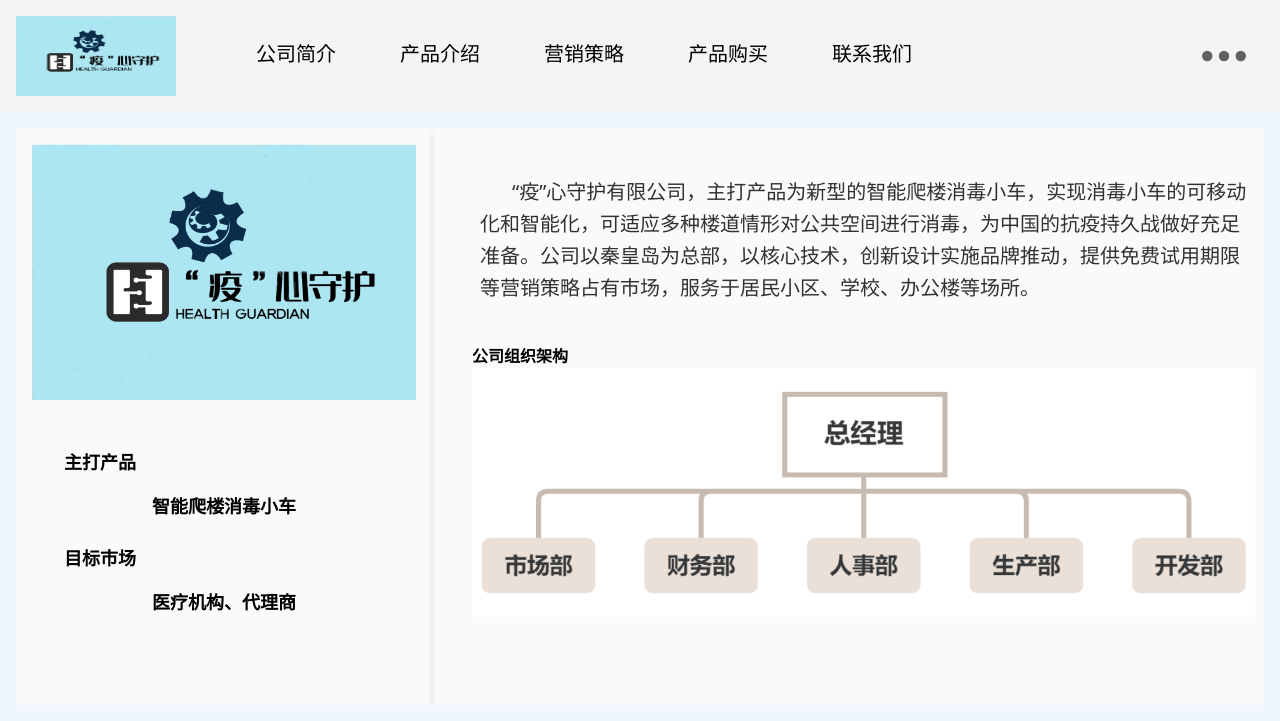
Repository: LiuRuohui/company_introduction
Page: /#/introduction
These files come from the project's save history. The page is drawn as it stood at one moment and after the next save; the edit follows.
The browser window is 1280 px wide. The pictures show the whole page.
The project was rebuilt for these pictures with package versions that can differ from the ones it lists, and the page was loaded fresh each time. Also part of the build but not shown: vite.config.js, src/components/product.vue, src/components/purchase.vue, src/components/strategy.vue, src/components/contact.vue.

Above is the page before, as saved 2022-05-12 23:17:49.

### index.html
<!DOCTYPE html>
<html lang="en">
  <head>
    <meta charset="UTF-8" />
    <link rel="icon" href="/favicon.ico" />
    <meta name="viewport" content="width=device-width, initial-scale=1.0" />
    <title>COMPANY_INTRODUCTION</title>
  </head>
  <body>
    <div id="app"></div>
    <script type="module" src="/src/main.js"></script>
  </body>
</html>

### src/main.js
import { createApp } from 'vue'
import "./index.css";
//引入路由器
import router from '../src/router/route.js'

import App from './App.vue'

const app = createApp(App);
app.use(router);
app.mount('#app');

### src/index.css
/* ./src/index.css */

@tailwind base;
@tailwind components;
.inputFrame {
  @apply w-full content-center text-base px-4 py-2 border-b rounded-2xl border-gray-300;
}

.inputFrame:focus {
  @apply outline-none border-indigo-500;
}

.btn {
  @apply w-full flex justify-center bg-gradient-to-r from-indigo-500 to-blue-600 text-gray-100 p-4 rounded-full tracking-wide font-semibold shadow-lg cursor-pointer transition ease-in duration-500;
}

.btn:hover {
  @apply bg-gradient-to-l from-blue-500 to-indigo-600;
}

.label {
  @apply ml-3 text-sm font-bold text-gray-700 tracking-wide;
}

@tailwind utilities;

### src/router/route.js
import { createRouter, createWebHashHistory } from "vue-router";
//引入组件
import Introduction from "../components/introduction.vue"
import Product from "../components/product.vue"
import Purchase from "../components/purchase.vue"
import Strategy from "../components/strategy.vue"
import Contact from "../components/contact.vue"

const route = [
    {
        path:'/introduction',
        component:Introduction
    },
    {
        path:'/product',
        component:Product
    },
    {
        path:'/strategy',
        component:Strategy
    },
    {
        path:'/purchase',
        component:Purchase
    },
    {
        path:'/contact',
        component:Contact
    },
]

// 创建路由对象
const router = createRouter({
    history: createWebHashHistory(),
    routes: route
  });


export default router

### src/App.vue
<script setup>
import MainPage from './components/mainPage.vue';
// This starter template is using Vue 3 <script setup> SFCs
// Check out https://vuejs.org/api/sfc-script-setup.html#script-setup

</script>

<template>
<MainPage class="select-none"></MainPage>
</template>

<style>
	/* Hide scrollbar for Chrome, Safari and Opera */
	.no-scrollbar::-webkit-scrollbar {
		display: none;
	}

	/* Hide scrollbar for IE, Edge and Firefox */
	.no-scrollbar {
		-ms-overflow-style: none; /* IE and Edge */
		scrollbar-width: none; /* Firefox */
	}
</style>

### src/components/introduction.vue
<script setup>
const intro = "“疫”心守护有限公司，主打产品为新型的智能爬楼消毒小车，实现消毒小车的可移动化和智能化，可适应多种楼道情形对公共空间进行消毒，为中国的抗疫持久战做好充足准备。公司以秦皇岛为总部，以核心技术，创新设计实施品牌推动，提供免费试用期限等营销策略占有市场，服务于居民小区、学校、办公楼等场所。"
</script>

<template>
    <div class="w-full m-4 flex flex-row bg-slate-50 overflow-y-auto no-scrollbar">
        <div class="flex h-full w-1/3 shadow-md">
            <div class="m-4 w-full flex flex-col">
                <img src="/src/assets/logo.png" class="h-64" alt="">
                <div class="flex flex-grow my-4">
                    <div class="w-full m-8 flex flex-col text-lg font-sans font-bold">
                        <div class="w-full h-24">
                            主打产品
                            <div class="w-full text-center mt-4">智能爬楼消毒小车</div>
                        </div>
                        <div class="w-full h-24">
                            目标市场
                             <div class="w-full text-center mt-4">医疗机构、代理商</div>
                        </div>
                    </div>
                </div>
            </div>
        </div>
        <div class="flex flex-grow flex-col shadow-md w-2/3">
            <div class="m-4 w-full h-1/4 text-ellipsis">
                <div class="m-8 leading-8 indent-8 opacity-80 hover:opacity-100 hover:cursor-pointer font-sans text-left break-normal text-xl font-medium">{{intro}}</div>
            </div>
            <div class="m-4 w-full flex flex-grow flex-row">
                <div class="m-6 font-bold">
                    公司组织架构
                    <img src="/src/assets/structure.png" alt="公司组织架构图" class="">
                </div>
                <div></div>
            </div>
        </div>
    </div>
</template>

### src/components/mainPage.vue
<script setup></script>

<template>
    <div class="min-h-screen w-full flex flex-col bg-white">
        <div class="w-full h-28 flex flex-row bg-gray-100">
            <div class="h-full flex flex-col">
                <img
                    src="/src/assets/logo.png"
                    alt="公司图标"
                    class="h-20 m-4 w-40"
                />
            </div>
            <div class="flex font-sans text-xl ml-8">
                <router-link
                    active-class="active"
                    to="/introduction"
                    class="px-8 pt-10 hover:cursor-pointer hover:bg-blue-300"
                    >公司简介</router-link
                >
                <router-link
                    active-class="active"
                    to="/product"
                    class="px-8 pt-10 hover:cursor-pointer hover:bg-blue-300"
                    >产品介绍</router-link
                >
                <router-link
                    active-class="active"
                    to="/strategy"
                    class="px-8 pt-10 hover:cursor-pointer hover:bg-blue-300"
                    >营销策略</router-link
                >
                <router-link
                    active-class="active"
                    to="/purchase"
                    class="px-8 pt-10 hover:cursor-pointer hover:bg-blue-300"
                    >产品购买</router-link
                >
                <router-link
                    active-class="active"
                    to="/contact"
                    class="px-8 pt-10 hover:cursor-pointer hover:bg-blue-300"
                    >联系我们</router-link
                >
            </div>
            <div class="flex flex-grow flex-row-reverse">
                <img
                    src="/src/assets/more.svg"
                    alt="更多"
                    class="w-16 h-16 opacity-60 mt-6 mr-6 hover:cursor-pointer"
                />
            </div>
        </div>
        <div class="w-full flex flex-grow bg-blue-50">
            <router-view></router-view>
        </div>
    </div>
</template>

<style></style>

### tailwind.config.js
module.exports = {
  content: [
      "./index.html",
      "./src/**/*.{vue,js,ts,jsx,tsx}",
  ],
  theme: {
      extend: {},
  },
  plugins: [],
}

After the next save:
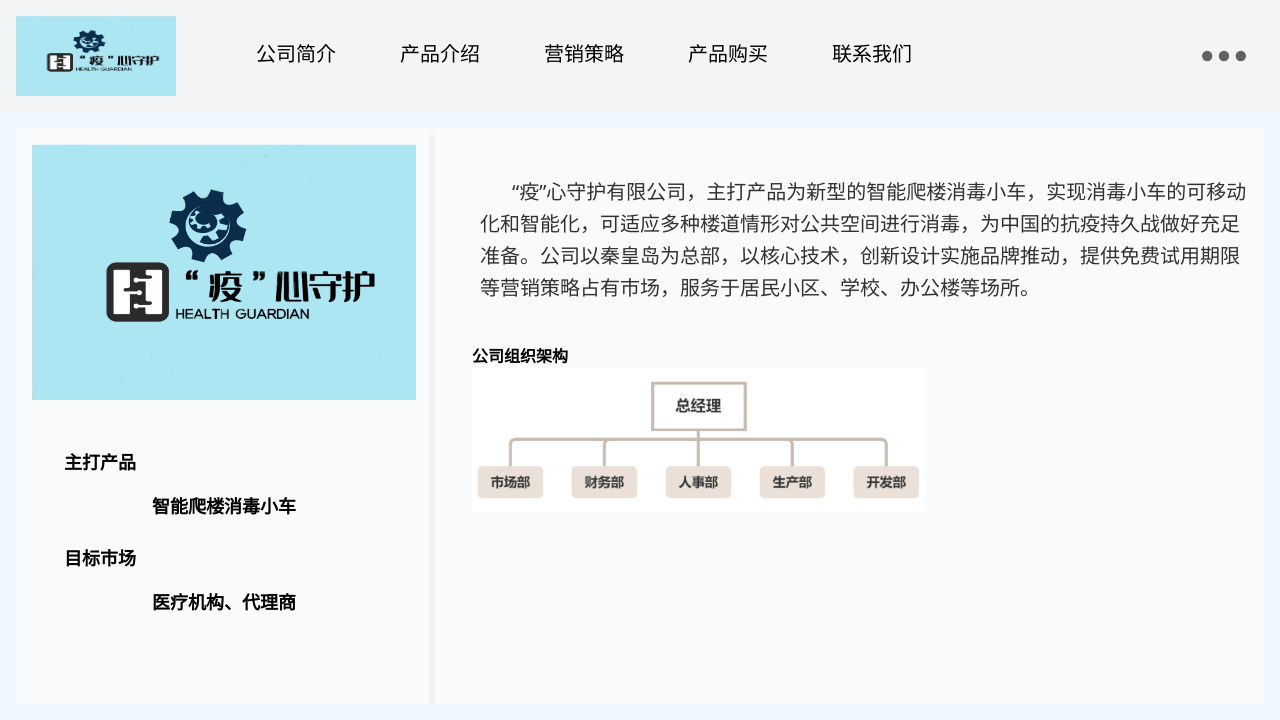
Saved 4 s later.
--- a/src/components/introduction.vue
+++ b/src/components/introduction.vue
@@ -28,7 +28,7 @@
             <div class="m-4 w-full flex flex-grow flex-row">
                 <div class="m-6 font-bold">
                     公司组织架构
-                    <img src="/src/assets/structure.png" alt="公司组织架构图" class="">
+                    <img src="/src/assets/structure.png" alt="公司组织架构图" class="h-36">
                 </div>
                 <div></div>
             </div>
